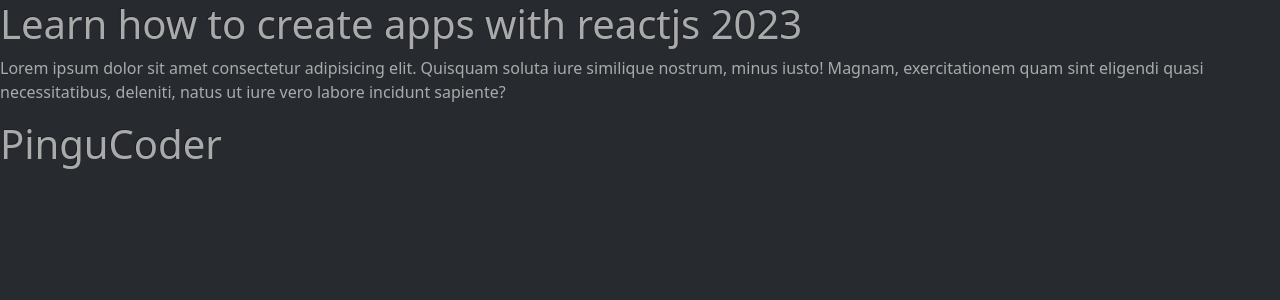
Repository: chanwarichawki/React-BC
Page: /
The author's editor kept a copy of each file at every save. The page is drawn from the files as they stood at one save, then again after a run of saves.
The browser window is 1280 px wide. The pictures show the whole page.
Some web libraries are served in a nearby version. The project was rebuilt for these pictures with package versions that can differ from the ones it lists, and the page was loaded fresh each time. Also part of the build but not shown: vite.config.js.

Above is the page before, as saved 2024-01-15 13:54:40.

### src/App.jsx
// import Article from "./components/Article";
// import Header from "./components/Header";
// import NavBar from "./components/NavBar";
import Products from "./components/Products";

function App() {
  return (
    <>
    {/* <NavBar />
    <Header />
    <Article /> */}
    <Products />
    <h1>PinguCoder</h1>
    </>
  )
}

export default App

### src/index.css
@import "/node_modules/bootswatch/dist/slate/bootstrap.min.css"

### src/components/Products.jsx

function Products() {

  let title = "Learn how to create apps with reactjs 2023"
  let products = [
    {
      id: 1,
      label: "iphone 13",
      price: 2900
    },
    {
      id: 2,
      label: "samsung",
      price: 1200
    }
  ]
  return (
    <div>
      <h1>{title}</h1>
      <p>Lorem ipsum dolor sit amet consectetur adipisicing elit. Quisquam soluta iure similique nostrum, minus iusto! Magnam, exercitationem quam sint eligendi quasi necessitatibus, deleniti, natus ut iure vero labore incidunt sapiente?</p>
      <ul>
        {products.map((product) => {
          <li></li>
        })}

      </ul>
    </div>
  )
}

export default Products

Loaded but not shown: index.html (common file); src/main.jsx (common file)

After the next 3 saves:
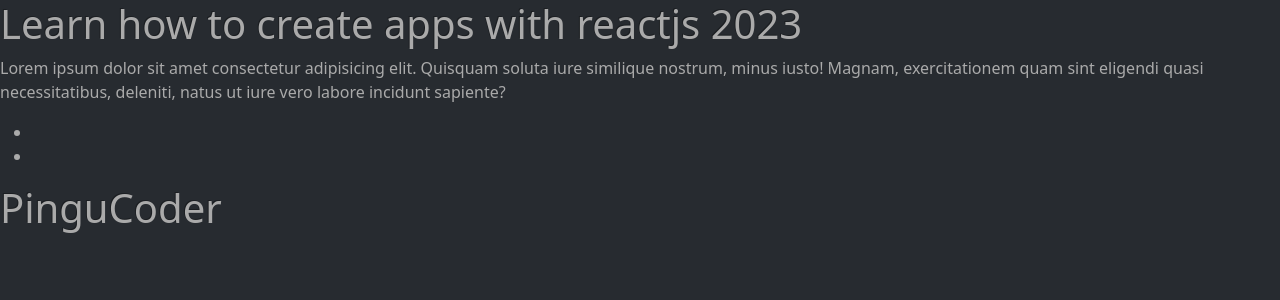
The 3 saves are shown as one change because they came seconds apart.
The last was saved 34 s later.
--- a/src/components/Products.jsx
+++ b/src/components/Products.jsx
@@ -19,9 +19,9 @@
       <h1>{title}</h1>
       <p>Lorem ipsum dolor sit amet consectetur adipisicing elit. Quisquam soluta iure similique nostrum, minus iusto! Magnam, exercitationem quam sint eligendi quasi necessitatibus, deleniti, natus ut iure vero labore incidunt sapiente?</p>
       <ul>
-        {products.map((product) => {
+        {products.map((product) => (
           <li></li>
-        })}
+        ))}
 
       </ul>
     </div>
